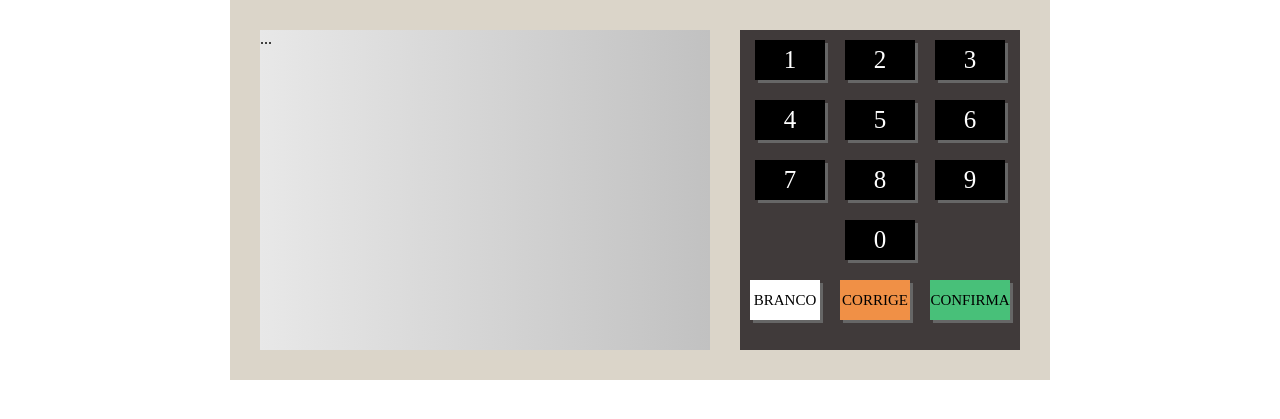
Repository: ThiagoIturra/urnaJs
Page: index.html
These files come from the project's save history. The page is drawn as it stood at one moment and after the next save; the edit follows.
The browser window is 1280 px wide. The pictures show the whole page.

Above is the page before, as saved 2022-01-05 16:17:30.

After the next save:
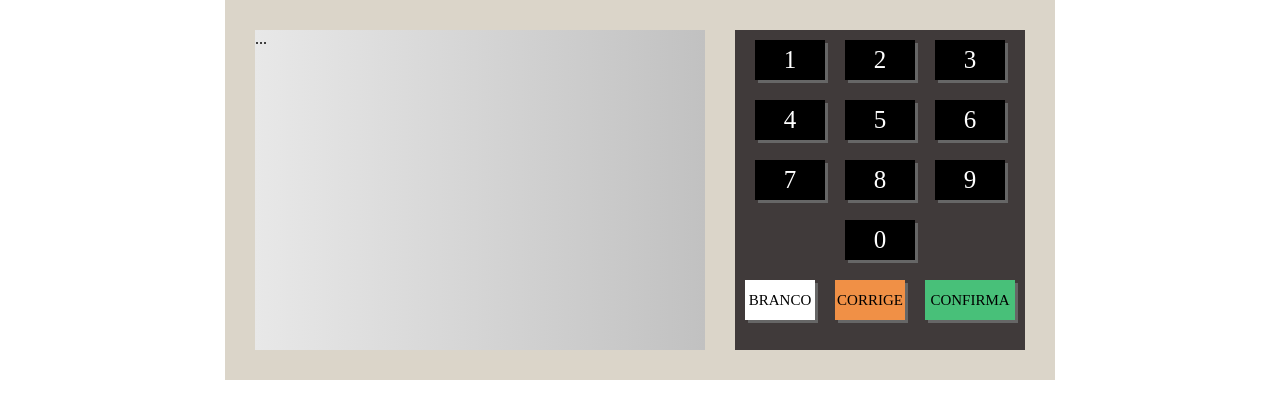
Saved 10 s later.
--- a/style.css
+++ b/style.css
@@ -60,6 +60,6 @@ body {
     color: #000;
     font-size: 15px;
     cursor: pointer;
-    width: 80px;
+    width: 90px;
     height: 40px;
 }
